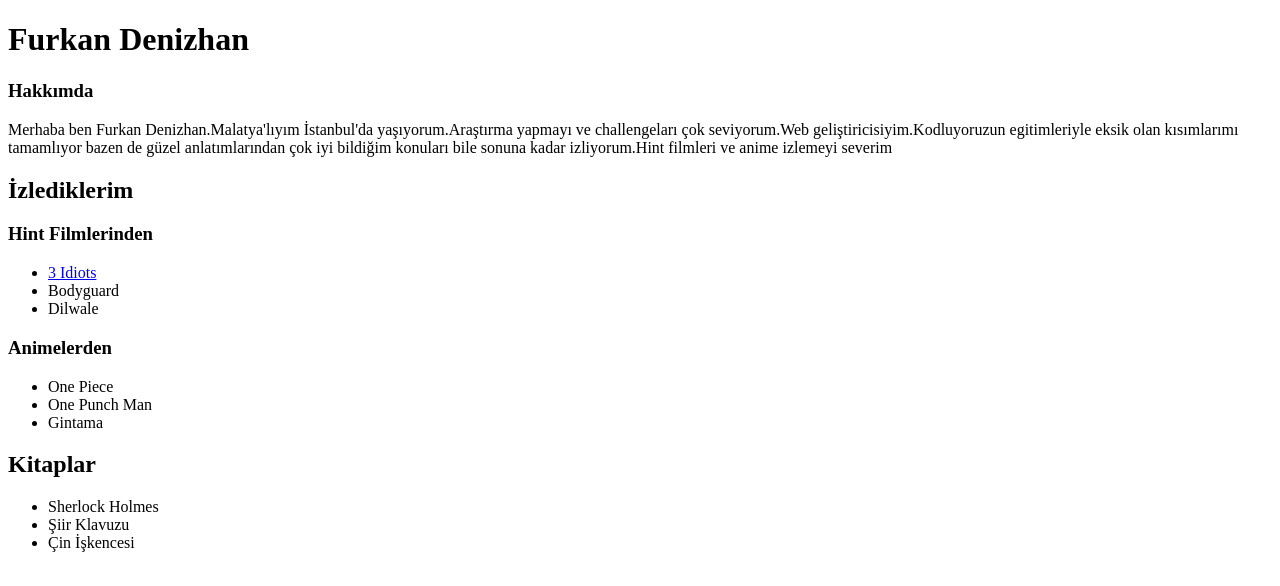
Repository: nevisende/homeworks
Page: 1-Html/index.html
An editor plug-in stored every save of this project. The page is shown before and after the next save, followed by the edit.
The browser window is 1280 px wide. The pictures show the part of the page from y = 0 to 586 px (the page is 898 px tall).
Pictures or frames that could not be fetched are drawn as grey boxes.

Above is the page before, as saved 2021-08-08 12:43:00.

### 1-Html/index.html
<!DOCTYPE html>
<html lang="en">
<head>
    <meta charset="UTF-8">
    <meta http-equiv="X-UA-Compatible" content="IE=edge">
    <meta name="viewport" content="width=device-width, initial-scale=1.0">
    <title>Ödev</title>
</head>
<body>
    <h1>Furkan Denizhan</h1>
    <h3>Hakkımda</h3>
    <p>Merhaba ben Furkan Denizhan.Malatya'lıyım İstanbul'da yaşıyorum.Araştırma yapmayı ve challengeları çok seviyorum.Web geliştiricisiyim.Kodluyoruzun egitimleriyle eksik olan kısımlarımı tamamlıyor bazen de güzel anlatımlarından çok iyi bildiğim konuları bile sonuna kadar izliyorum.Hint filmleri ve anime izlemeyi severim</p>

    <h2>İzlediklerim</h2>
    <h3>Hint Filmlerinden</h3>
    <ul>
        <li><a href="https://www.imdb.com/title/tt1187043/">3 Idiots</a> </li>
        <li>Bodyguard</li>
        <li>Dilwale</li>
    </ul>
    <h3>Animelerden</h3>

    <ul>
        <li>One Piece</li>
        <li>One Punch Man</li>
        <li>Gintama</li>
    </ul>
    <h2>Kitaplar</h2>

    <ul>
        <li>Sherlock Holmes</li>
        <li>Şiir Klavuzu</li>
        <li>Çin İşkencesi</li>
    </ul>

    <br>

<img
  src="https://picsum.photos/seed/hint/500/300"
  alt="This is a random picture from picsum"
/>
</body>
</html>

After the next save:
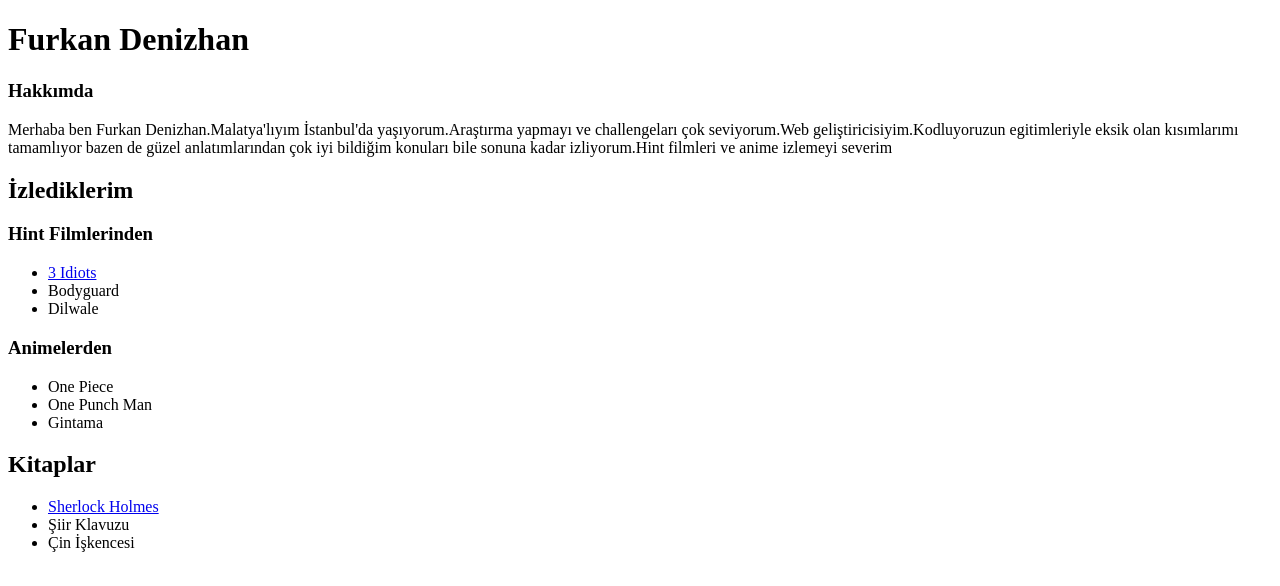
Saved 62 s later.
--- a/1-Html/index.html
+++ b/1-Html/index.html
@@ -28,7 +28,7 @@
     <h2>Kitaplar</h2>
 
     <ul>
-        <li>Sherlock Holmes</li>
+        <li><a href="https://www.goodreads.com/book/show/188572.The_Complete_Sherlock_Holmes?ac=1&from_search=true&qid=xvFgrWkI0z&rank=4">Sherlock Holmes</a> </li>
         <li>Şiir Klavuzu</li>
         <li>Çin İşkencesi</li>
     </ul>
